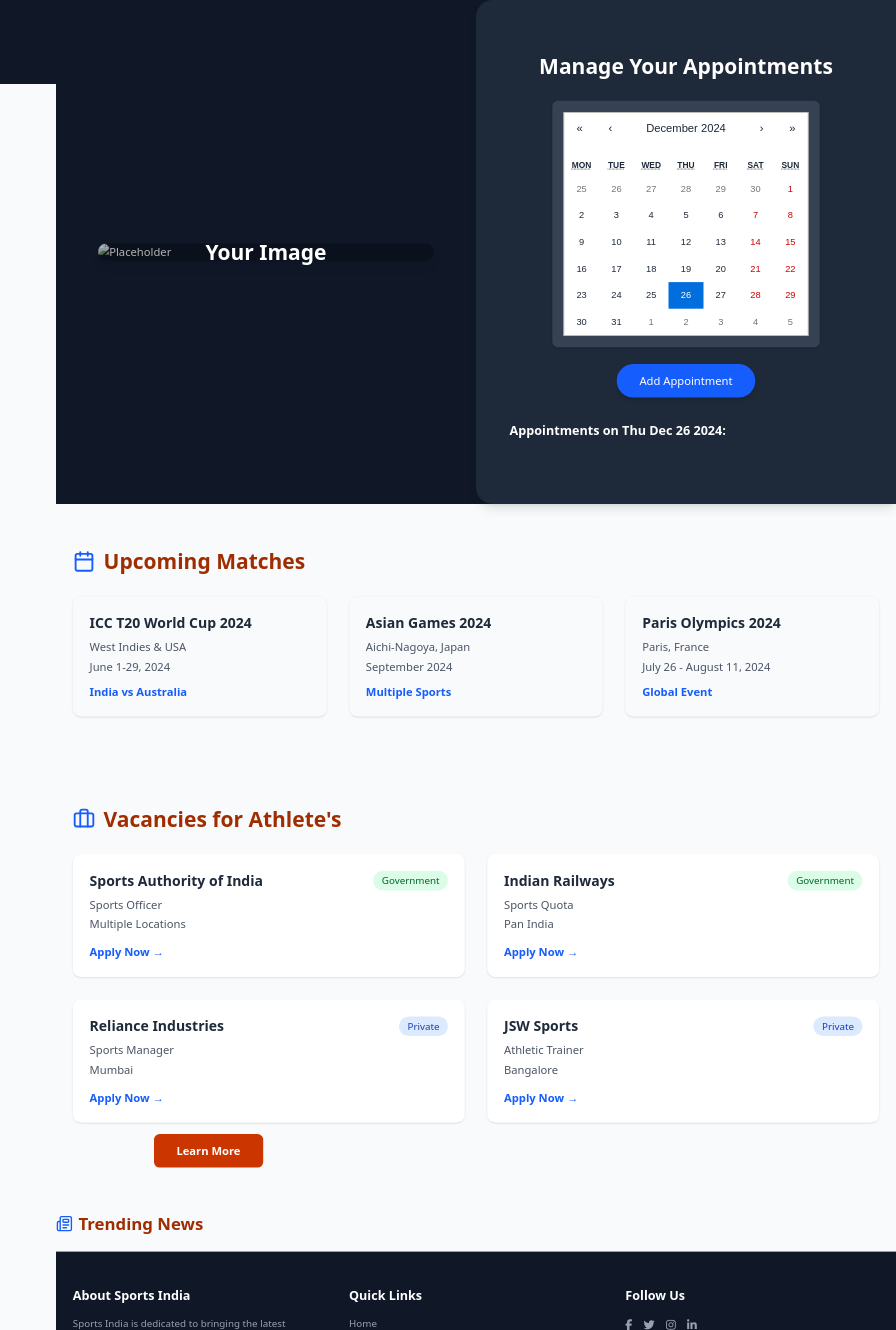
Repository: Shovon0004/Athlete
Page: / (app in Athlete/)
These files come from the project's save history. The page is drawn as it stood at one moment and after the next save; the edit follows.
The browser window is 1280 px wide. The pictures show the part of the page from y = 600 to 2500 px (the page is 2684 px tall), at 70% of full size.
The page's requests for data from a server got no answer. The project was rebuilt for these pictures with package versions that can differ from the ones it lists, and the page was loaded fresh each time. No one was signed in, and anything a server would have sent is missing. Also part of the build but not shown: Athlete/vite.config.js.

Above is the page before, as saved 2025-01-26 22:58:57.

### Athlete/src/App.jsx
import { useState } from 'react'
import SideNavbar from './components/SideNavbar'
import HeroPage from './components/HeroPage'

import './App.css'

function App() {


  return (
    <>
      <SideNavbar />
      <HeroPage />
    </>
  )
}

export default App

### Athlete/src/components/SideNavbar.jsx
import React, { useState } from 'react';
import {
  Home,
  User,
  BarChart2,
  Shield,
  DollarSign,
  Menu
} from 'lucide-react';

const SideNavbar = () => {
  const [isExpanded, setIsExpanded] = useState(false);

  const navItems = [
    { icon: Home, label: 'Dashboard', href: '/' },
    { icon: User, label: 'Athletes', href: '/athletes' },
    { icon: BarChart2, label: 'Performance', href: '/performance' },
    { icon: Shield, label: 'Injuries', href: '/injuries' },
    { icon: DollarSign, label: 'Financial', href: '/financial' }
  ];

  return (
    <div
      className={`h-screen bg-gray-900 text-white transition-all duration-300
        ${isExpanded ? 'w-64' : 'w-20'} fixed left-0 top-0 z-50`}
    >
      <div className="flex flex-col h-full">
        {/* Logo & Toggle */}
        <div className="flex items-center justify-between p-4  border-orange-700">
          {isExpanded && (
            <div className="text-xl font-bold">Athlete Hub</div>
          )}
          <button
            onClick={() => setIsExpanded(!isExpanded)}
            className="hover:bg-orange-700 p-2 rounded"
          >
            <Menu />
          </button>
        </div>

        {/* Navigation Items */}
        <nav className="flex-grow mt-4">
          <ul className="space-y-2">
            {navItems.map((item, index) => (
              <li key={index}>
                <a
                  href={item.href}
                  className={`flex items-center p-3 hover:bg-orange-700
                    ${isExpanded ? 'justify-start px-6' : 'justify-center'}`}
                >
                  <item.icon className="mr-4" />
                  {isExpanded && <span>{item.label}</span>}
                </a>
              </li>
            ))}
          </ul>
        </nav>
      </div>
    </div>
  );
};

export default SideNavbar;

### Athlete/src/components/HeroPage.jsx
import React from 'react';
import { ChevronLeft, ChevronRight, Medal, Calendar, Briefcase } from 'lucide-react';
import axios from 'axios';
import '@fortawesome/fontawesome-free/css/all.min.css';
import AppointmentPage from './AppointmentPage';


import SportsPage from './SportsPage';

const schemes = [
  {
    title: "Khelo India Youth Games",
    description: "Supporting young athletes with annual scholarships of ₹5 lakhs",
    image: "https://images.unsplash.com/photo-1461896836934-ffe607ba8211?auto=format&fit=crop&q=80&w=2070"
  },
  {
    title: "Target Olympic Podium Scheme (TOPS)",
    description: "Elite athlete support program for Olympic preparation",
    image: "https://www.manoramayearbook.in/content/dam/yearbook/learn/world/images/2020/mar/Olympics-2021.jpg"
  },
  {
    title: "National Sports Development Fund",
    description: "Financial assistance for sports infrastructure and training",
    image: "https://images.unsplash.com/photo-1517649763962-0c623066013b?auto=format&fit=crop&q=80&w=2070"
  }
];

const upcomingMatches = [
  {
    event: "ICC T20 World Cup 2024",
    location: "West Indies & USA",
    date: "June 1-29, 2024",
    teams: "India vs Australia"
  },
  {
    event: "Asian Games 2024",
    location: "Aichi-Nagoya, Japan",
    date: "September 2024",
    teams: "Multiple Sports"
  },
  {
    event: "Paris Olympics 2024",
    location: "Paris, France",
    date: "July 26 - August 11, 2024",
    teams: "Global Event"
  }
];

const jobOpportunities = [
  {
    company: "Sports Authority of India",
    position: "Sports Officer",
    type: "Government",
    location: "Multiple Locations"
  },
  {
    company: "Indian Railways",
    position: "Sports Quota",
    type: "Government",
    location: "Pan India"
  },
  {
    company: "Reliance Industries",
    position: "Sports Manager",
    type: "Private",
    location: "Mumbai"
  },
  {
    company: "JSW Sports",
    position: "Athletic Trainer",
    type: "Private",
    location: "Bangalore"
  }
];

function HeroPage() {
  const [currentScheme, setCurrentScheme] = React.useState(0);

  const nextScheme = () => {
    setCurrentScheme((prev) => (prev + 1) % schemes.length);
  };

  const prevScheme = () => {
    setCurrentScheme((prev) => (prev - 1 + schemes.length) % schemes.length);
  };


  return (
    <div className="min-h-screen bg-gray-50 pl-20 dark:bg-gray-900">
      {/* Hero Section with Schemes Slider */}
      <div className="relative h-[600px] overflow-hidden ">
        <div
          className="absolute inset-0 transition-transform duration-500 ease-in-out"
          style={{
            backgroundImage: `url(${schemes[currentScheme].image})`,
            backgroundSize: 'cover',
            backgroundPosition: 'center',
          }}
        >
          <div className="absolute inset-0  bg-opacity-50">
            <div className="container mx-auto px-6 h-full flex items-center">
              <div className="text-white max-w-3xl">
                <h1 className="text-5xl font-bold mb-4 ml-35">{schemes[currentScheme].title}</h1>
                <p className="text-xl mb-8 ml-35">{schemes[currentScheme].description}</p>
                <button className="bg-orange-700 hover:bg-orange-800 ml-35 text-white px-8 py-3 rounded-lg font-semibold">
                  Learn More
                </button>
              </div>
            </div>
          </div>
        </div>
        <button
          onClick={prevScheme}
          className="absolute left-4 top-1/2 -translate-y-1/2 bg-white/30 p-2 rounded-full hover:bg-white/50 transition-colors"
        >
          <ChevronLeft className="w-6 h-6 text-white" />
        </button>
        <button
          onClick={nextScheme}
          className="absolute right-4 top-1/2 -translate-y-1/2 bg-white/30 p-2 rounded-full hover:bg-white/50 transition-colors"
        >
          <ChevronRight className="w-6 h-6 text-white" />
        </button>
      </div>
      <AppointmentPage/>

      {/* Upcoming Matches Section */}
      <section className="py-16 ">
        <div className="container mx-auto px-6">
          <div className="flex items-center mb-8">
            <Calendar className="w-8 h-8 text-blue-600 mr-3" />
            <h2 className="text-3xl font-bold text-orange-800">Upcoming Matches</h2>
          </div>
          <div className="grid md:grid-cols-3 gap-8">
            {upcomingMatches.map((match, index) => (
              <div key={index} className="bg-gray-50 rounded-xl p-6 shadow-sm hover:shadow-md transition-shadow">
                <h3 className="text-xl font-semibold text-gray-800 mb-2">{match.event}</h3>
                <p className="text-gray-600 mb-1">{match.location}</p>
                <p className="text-gray-600 mb-3">{match.date}</p>
                <p className="text-blue-600 font-semibold">{match.teams}</p>
              </div>
            ))}
          </div>
        </div>
      </section>

      {/* Career Opportunities Section */}
      <div>
      <section className="py-16 bg-gray-50 dark:bg-gray-900">
        <div className="container mx-auto px-6 ">
          <div className="flex items-center mb-8 ">
            <Briefcase className="w-8 h-8 text-blue-600 mr-3" />
            <h2 className="text-3xl font-bold text-orange-800">Vacancies for Athlete's</h2>
          </div>
          <div className="grid md:grid-cols-2 gap-8 ">
            {jobOpportunities.map((job, index) => (
              <div key={index} className="bg-white rounded-xl p-6 shadow-sm hover:shadow-md transition-shadow">
                <div className="flex justify-between items-start">
                  <div>
                    <h3 className="text-xl font-semibold text-gray-800 mb-2">{job.company}</h3>
                    <p className="text-gray-600 mb-1">{job.position}</p>
                    <p className="text-gray-600">{job.location}</p>
                  </div>
                  <span className={`px-3 py-1 rounded-full text-sm font-medium ${
                    job.type === 'Government' ? 'bg-green-100 text-green-800' : 'bg-blue-100 text-blue-800'
                  }`}>
                    {job.type}
                  </span>
                </div>
                <button className="mt-4 text-blue-600 font-semibold hover:text-blue-700">
                  Apply Now →
                </button>
              </div>
            ))}
          </div>

        </div>
        <button className="bg-orange-700 mt-4 hover:bg-orange-800 ml-35 text-white px-8 py-3 rounded-lg font-semibold">
                  Learn More
                </button>
        </section>
        </div>

      <SportsPage />
      <footer className="bg-gray-900 text-white">
  {/* Footer Content */}
  <div className="max-w-7xl mx-auto px-6 py-12 grid grid-cols-1 md:grid-cols-3 gap-8">
    {/* About Section */}
    <div>
      <h3 className="text-lg font-semibold mb-4">About Sports India</h3>
      <p className="text-sm text-gray-400">
        Sports India is dedicated to bringing the latest updates, events, and insights from the world of sports.
      </p>
    </div>

    {/* Quick Links */}
    <div>
      <h3 className="text-lg font-semibold mb-4">Quick Links</h3>
      <ul className="text-sm text-gray-400 space-y-2">
        <li>
          <a href="#" className="hover:text-white transition-colors">
            Home
          </a>
        </li>
        <li>
          <a href="#" className="hover:text-white transition-colors">
            Events
          </a>
        </li>
        <li>
          <a href="#" className="hover:text-white transition-colors">
            Blog
          </a>
        </li>
        <li>
          <a href="#" className="hover:text-white transition-colors">
            Contact Us
          </a>
        </li>
      </ul>
    </div>

    {/* Follow Us */}
    <div>
      <h3 className="text-lg font-semibold mb-4">Follow Us</h3>
      <div className="flex space-x-4">
        <a href="#" className="text-gray-400 hover:text-white transition-colors">
          <i className="fab fa-facebook-f"></i>
        </a>
        <a href="#" className="text-gray-400 hover:text-white transition-colors">
          <i className="fab fa-twitter"></i>
        </a>
        <a href="#" className="text-gray-400 hover:text-white transition-colors">
          <i className="fab fa-instagram"></i>
        </a>
        <a href="#" className="text-gray-400 hover:text-white transition-colors">
          <i className="fab fa-linkedin-in"></i>
        </a>
      </div>
    </div>
  </div>

  {/* Footer Bottom */}
  <div className="bg-gray-900 text-center py-4">
    <p className="text-sm text-gray-400">© 2025 Sports India. All Rights Reserved.</p>
  </div>
</footer>

    </div>
  );
}

export default HeroPage;

### Athlete/src/components/AppointmentPage.jsx
import React, { useState, useEffect } from "react";
import Calendar from "react-calendar";
import { ToastContainer, toast } from "react-toastify";
import "react-calendar/dist/Calendar.css";
import "react-toastify/dist/ReactToastify.css";

const AppointmentPage = () => {
  const [date, setDate] = useState(new Date());
  const [appointments, setAppointments] = useState({});

  // Load appointments from local storage
  useEffect(() => {
    const savedAppointments = JSON.parse(localStorage.getItem("appointments")) || {};
    setAppointments(savedAppointments);
  }, []);

  // Save appointments to local storage
  useEffect(() => {
    localStorage.setItem("appointments", JSON.stringify(appointments));
  }, [appointments]);

  const handleDateChange = (selectedDate) => {
    setDate(selectedDate);
  };

  const addAppointment = () => {
    const appointmentText = prompt("Enter appointment details:");
    if (appointmentText) {
      const dateKey = date.toDateString();
      const updatedAppointments = { ...appointments };
      if (!updatedAppointments[dateKey]) {
        updatedAppointments[dateKey] = [];
      }
      updatedAppointments[dateKey].push(appointmentText);
      setAppointments(updatedAppointments);
      toast.success("Appointment added!");
    }
  };

  const deleteAppointment = (index) => {
    const dateKey = date.toDateString();
    const updatedAppointments = { ...appointments };
    updatedAppointments[dateKey].splice(index, 1);

    if (updatedAppointments[dateKey].length === 0) {
      delete updatedAppointments[dateKey];
    }

    setAppointments(updatedAppointments);
    toast.info("Appointment deleted!");
  };

  return (
    <div className="flex h-screen bg-gray-900 text-white">
      {/* Left Side - Image */}
      <div className="w-1/2 flex items-center justify-center">
        <div className="relative w-4/5">
          <img
            src=""
            alt="Placeholder"
            className="rounded-3xl shadow-lg"
          />
          <div className="absolute top-0 left-0 w-full h-full bg-black/30 rounded-3xl flex items-center justify-center text-white text-3xl font-bold">
            Your Image
          </div>
        </div>
      </div>

      {/* Right Side - Calendar */}
      <div className="w-1/2 bg-gray-800 flex flex-col items-center justify-center p-12 rounded-l-3xl shadow-lg">
        <h2 className="text-3xl font-bold mb-8">Manage Your Appointments</h2>

        {/* Calendar */}
        <div className="bg-gray-700 rounded-lg p-4 shadow">
          <Calendar
            onChange={handleDateChange}
            value={date}
            className="react-calendar text-gray-800"
          />
        </div>

        <div className="mt-6">
          <button
            onClick={addAppointment}
            className="bg-blue-600 text-white px-8 py-3 rounded-full hover:bg-blue-700 shadow-md transition duration-300"
          >
            Add Appointment
          </button>
        </div>

        {/* Display Appointments */}
        <div className="mt-8 w-full">
          <h3 className="text-lg font-semibold mb-4">
            Appointments on {date.toDateString()}:
          </h3>
          <ul className="text-gray-200 space-y-2">
            {(appointments[date.toDateString()] || []).map((appointment, index) => (
              <li
                key={index}
                className="p-2 bg-blue-900 rounded-lg shadow-md flex justify-between items-center"
              >
                <span>{appointment}</span>
                <button
                  onClick={() => deleteAppointment(index)}
                  className="text-red-500 hover:text-red-700 transition"
                >
                  Delete
                </button>
              </li>
            ))}
          </ul>
        </div>
      </div>

      <ToastContainer />
    </div>
  );
};

export default AppointmentPage;

### Athlete/src/components/SportsPage.jsx
import React, { useState, useEffect } from 'react';
import News from './News';
import { Newspaper} from 'lucide-react';

const SportsPage = () => {
  const [headlines, setHeadlines] = useState([]);

  useEffect(() => {
    fetch('https://newsapi.org/v2/top-headlines?country=us&category=sports&apiKey=968ed8d338864e7cb30985681a6b4893')
      .then(response => response.json())
      .then(data => setHeadlines(data.articles));
  }, []);

  return (
    <div>
      <div className="flex items-center mb-6">
        <Newspaper className="w-6 h-6 text-blue-600 mr-2" />
        <h2 className="text-2xl font-bold text-orange-800">Trending News</h2>
      </div>
      <News headlines={headlines} />
    </div>
  );
};

export default SportsPage;

### Athlete/src/components/News.jsx
import React from 'react';

const NewsContainer = ({ headlines }) => (
  <div className="container mx-auto grid grid-cols-1 sm:grid-cols-2 md:grid-cols-3 gap-6">
    {headlines.slice(0, 6).map(({ title, author, url, description, urlToImage }, i) => (
      <NewsArticle key={i} title={title} author={author} url={url} description={description} urlToImage={urlToImage} />
    ))}
  </div>
);

const NewsArticle = ({ title, author, url, description, urlToImage }) => (
  <div className="bg-white shadow-lg rounded-lg p-4">
    <a href={url} target="_blank" rel="noopener noreferrer" className="hover:text-blue-500 transition-colors">
      {urlToImage && (
        <img src={urlToImage} alt={title} className="mb-4 w-full rounded-t-lg" />
      )}
      <h3 className="text-lg font-medium mb-2">{title}</h3>
    </a>
    <p className="text-gray-500 mb-2">{author}</p>
    <p className="text-gray-700 line-clamp-3">{description}</p>
  </div>
);

export default NewsContainer;

Loaded but not shown: Athlete/index.html (common file); Athlete/src/main.jsx (common file); Athlete/src/index.css (common file); Athlete/src/App.css (common file)

After the next save:
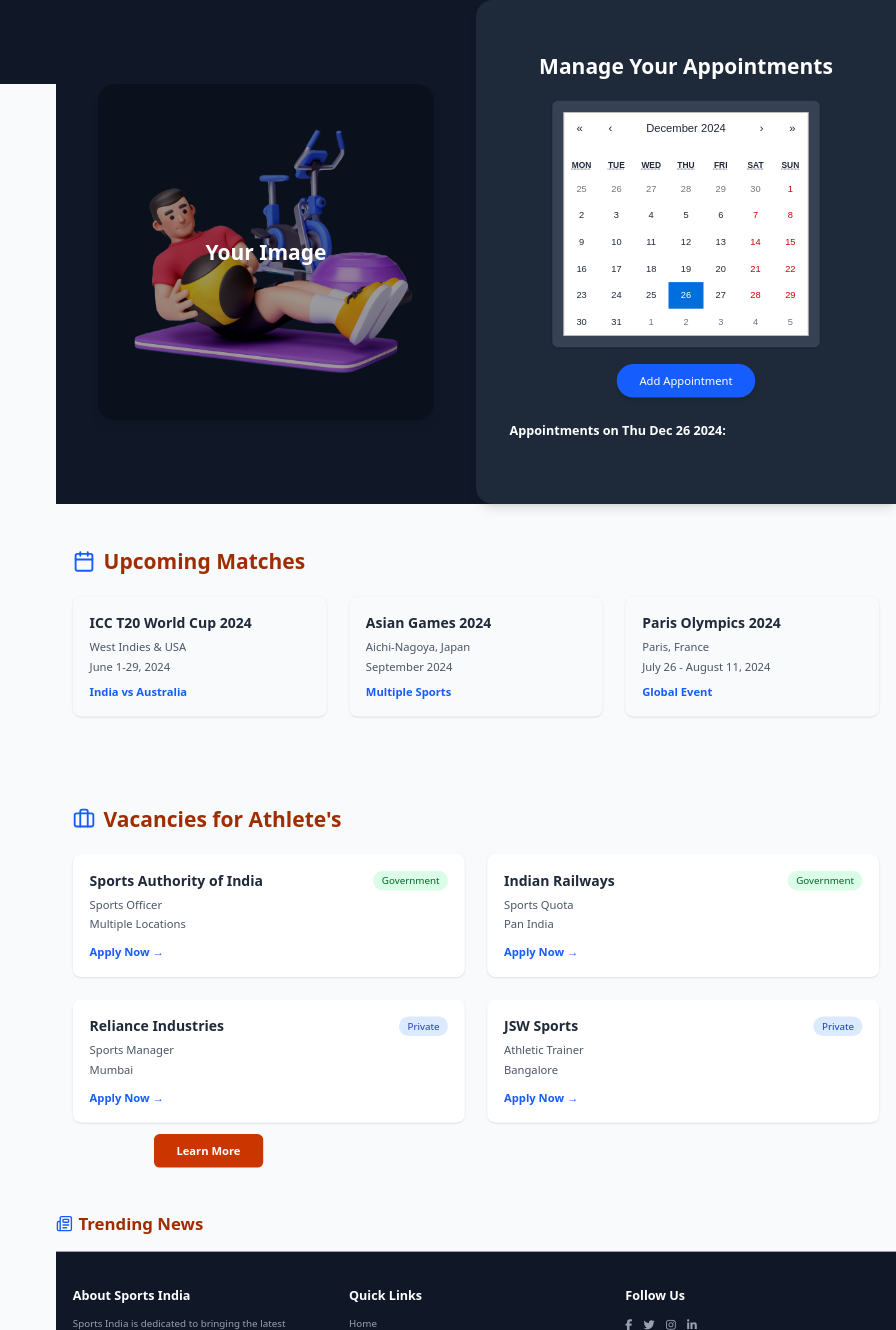
Saved 4 s later.
--- a/Athlete/src/components/AppointmentPage.jsx
+++ b/Athlete/src/components/AppointmentPage.jsx
@@ -56,7 +56,7 @@
       <div className="w-1/2 flex items-center justify-center">
         <div className="relative w-4/5">
           <img
-            src=""
+            src="12.png"
             alt="Placeholder"
             className="rounded-3xl shadow-lg"
           />
